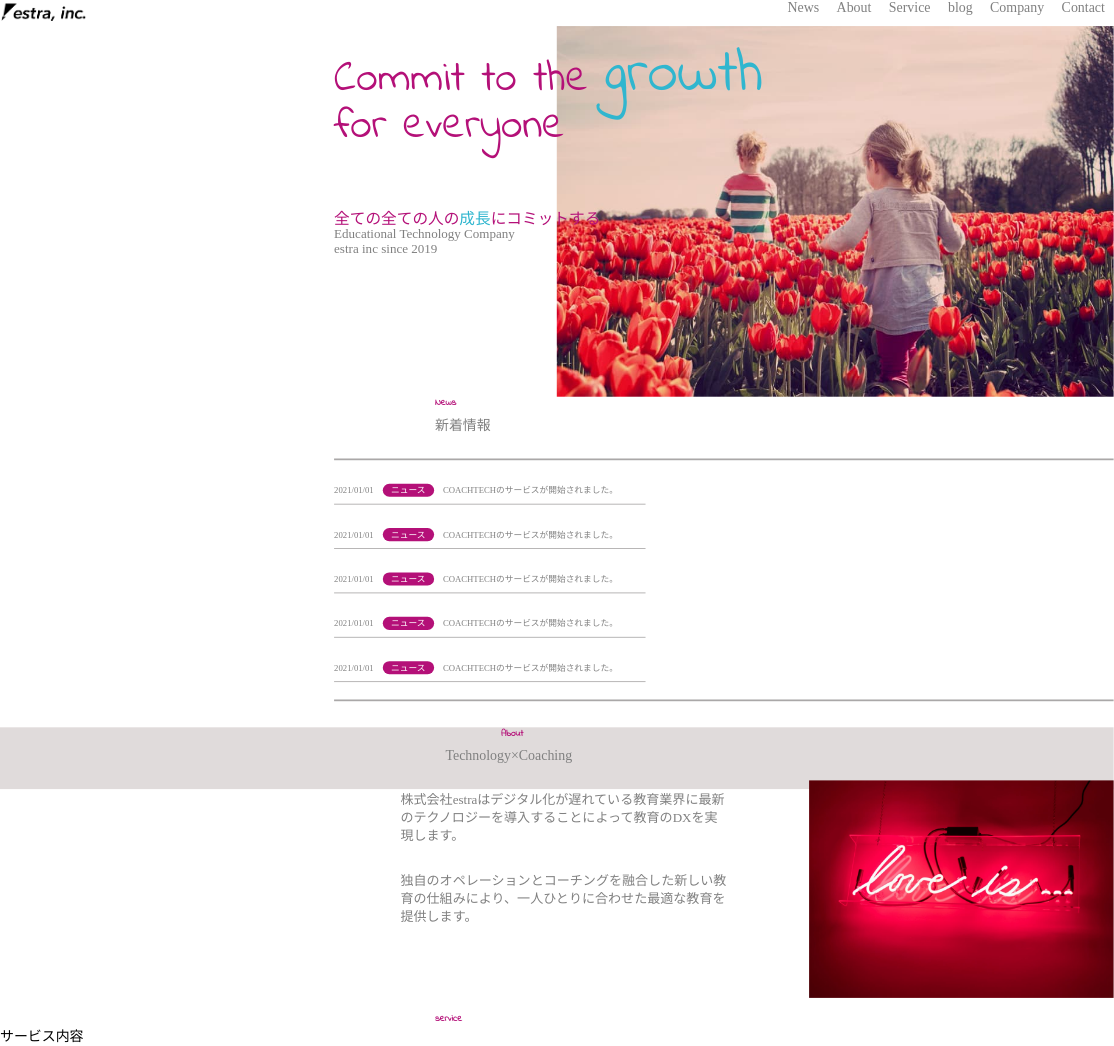
Repository: sigemasaasuka/20210902
Page: index.html
An editor plug-in stored every save of this project. The page is shown before and after the next save, followed by the edit.
The browser window is 1280 px wide. The pictures show the whole page, at 87% of full size.

Above is the page before, as saved 2021-09-24 14:52:52.

After the next save:
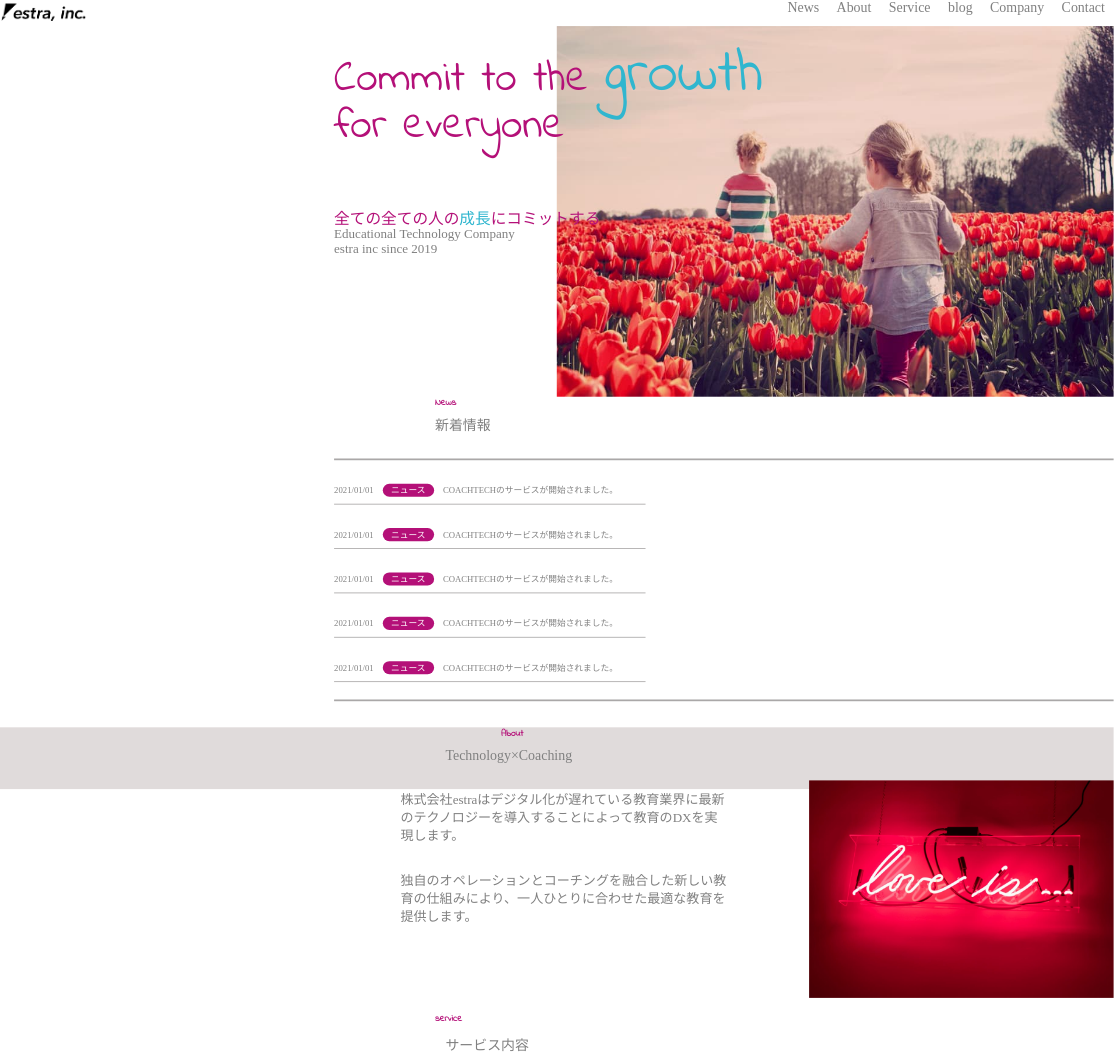
Saved 11 s later.
--- a/css/style.css
+++ b/css/style.css
@@ -160,5 +160,7 @@
 }
 
 .list-3 {
-
+  color: gray;
+  margin-left: 40%;
+  margin-top: 10px;
 }
